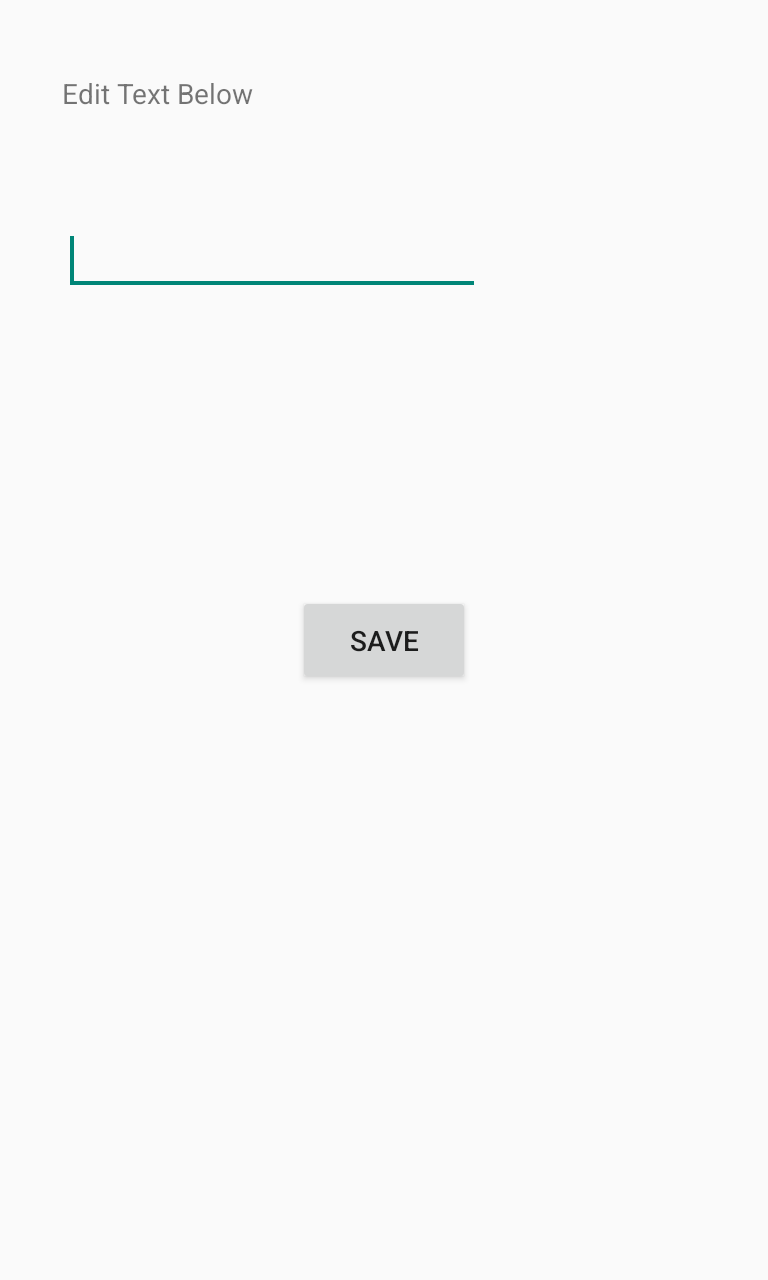
Repository: bernatfortet/android_class
Layout: TodoApp/res/layout/activity_edit_item.xml
These files come from the project's save history. The layout is drawn as it stood at one moment and after the next save; the edit follows.
It is drawn on a 768 x 1280 px phone screen (xhdpi) without system bars, with theme AppTheme; the app's code is not run.

Above is the layout before, as saved 2014-06-03 06:24:48.

### TodoApp/res/layout/activity_edit_item.xml
<RelativeLayout xmlns:android="http://schemas.android.com/apk/res/android"
    xmlns:tools="http://schemas.android.com/tools"
    android:layout_width="match_parent"
    android:layout_height="match_parent"
    tools:context="${packageName}.${activityClass}" >

    <Button
        android:id="@+id/save_edited_button"
        android:layout_width="wrap_content"
        android:layout_height="wrap_content"
        android:layout_centerHorizontal="true"
        android:layout_centerVertical="true"
        android:text="@string/save_button_label" />

    <TextView
        android:id="@+id/textView1"
        android:layout_width="wrap_content"
        android:layout_height="wrap_content"
        android:layout_alignParentLeft="true"
        android:layout_alignParentTop="true"
        android:layout_marginLeft="31dp"
        android:layout_marginTop="37dp"
        android:text="Edit Text Below" />

    <EditText
        android:id="@+id/edited_item_text"
        android:layout_width="wrap_content"
        android:layout_height="wrap_content"
        android:layout_alignLeft="@+id/textView1"
        android:layout_below="@+id/textView1"
        android:layout_marginTop="52dp"
        android:ems="10" >

        <requestFocus />
    </EditText>

</RelativeLayout>

### TodoApp/res/values/strings.xml
<?xml version="1.0" encoding="utf-8"?>
<resources>

    <string name="app_name">TodoApp</string>
    <string name="hello_world">Hello world!</string>
    <string name="add_hint">Add a new item</string>
    <string name="add_button_label">Add</string>
    <string name="title_activity_edit_item">EditItemActivity</string>
    <string name="save_button_label">Save</string>

</resources>

Loaded but not shown: TodoApp/res/values/styles.xml (common file); TodoApp/res/values-v11/styles.xml (common file); TodoApp/res/values-v14/styles.xml (common file)

After the next save:
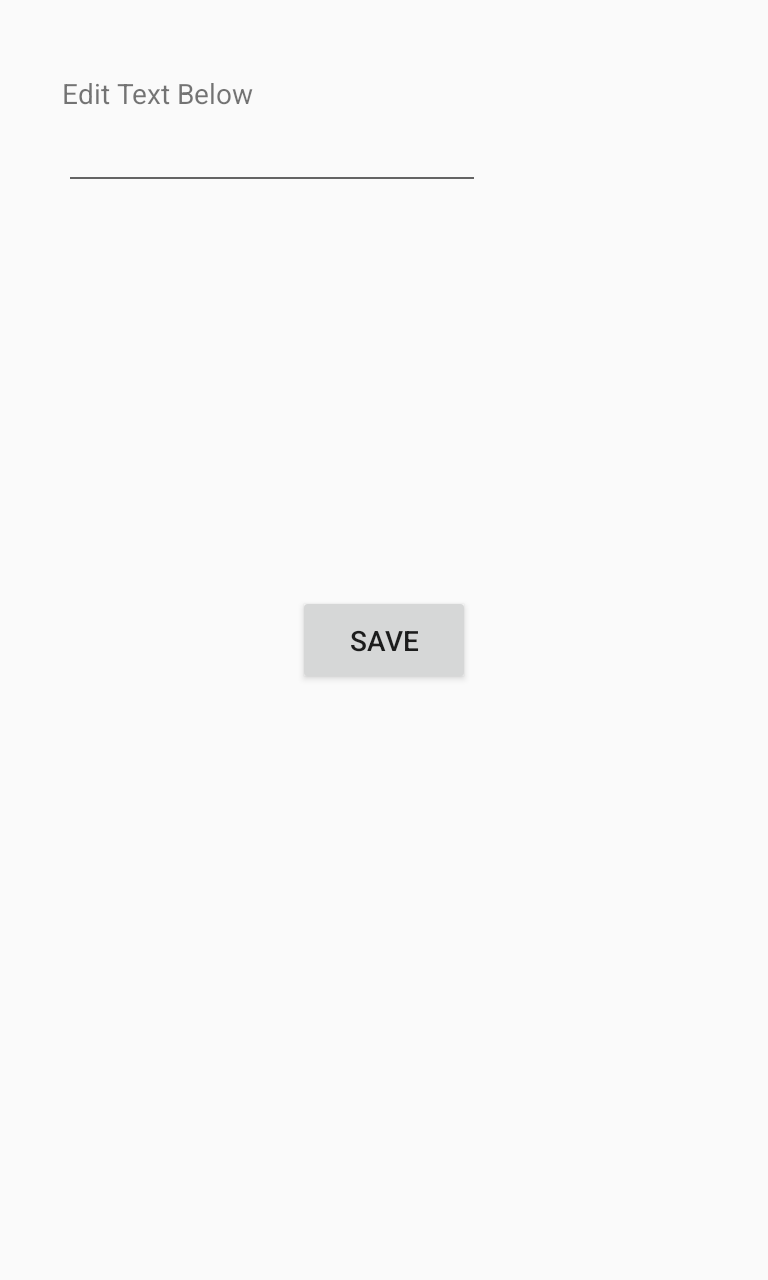
Saved 3 s later.
--- a/TodoApp/res/layout/activity_edit_item.xml
+++ b/TodoApp/res/layout/activity_edit_item.xml
@@ -23,15 +23,12 @@
         android:text="Edit Text Below" />
 
     <EditText
-        android:id="@+id/edited_item_text"
+        android:id="@+id/edited_item_multiText"
         android:layout_width="wrap_content"
         android:layout_height="wrap_content"
         android:layout_alignLeft="@+id/textView1"
         android:layout_below="@+id/textView1"
-        android:layout_marginTop="52dp"
-        android:ems="10" >
-
-        <requestFocus />
-    </EditText>
+        android:ems="10"
+        android:inputType="textMultiLine" />
 
 </RelativeLayout>
